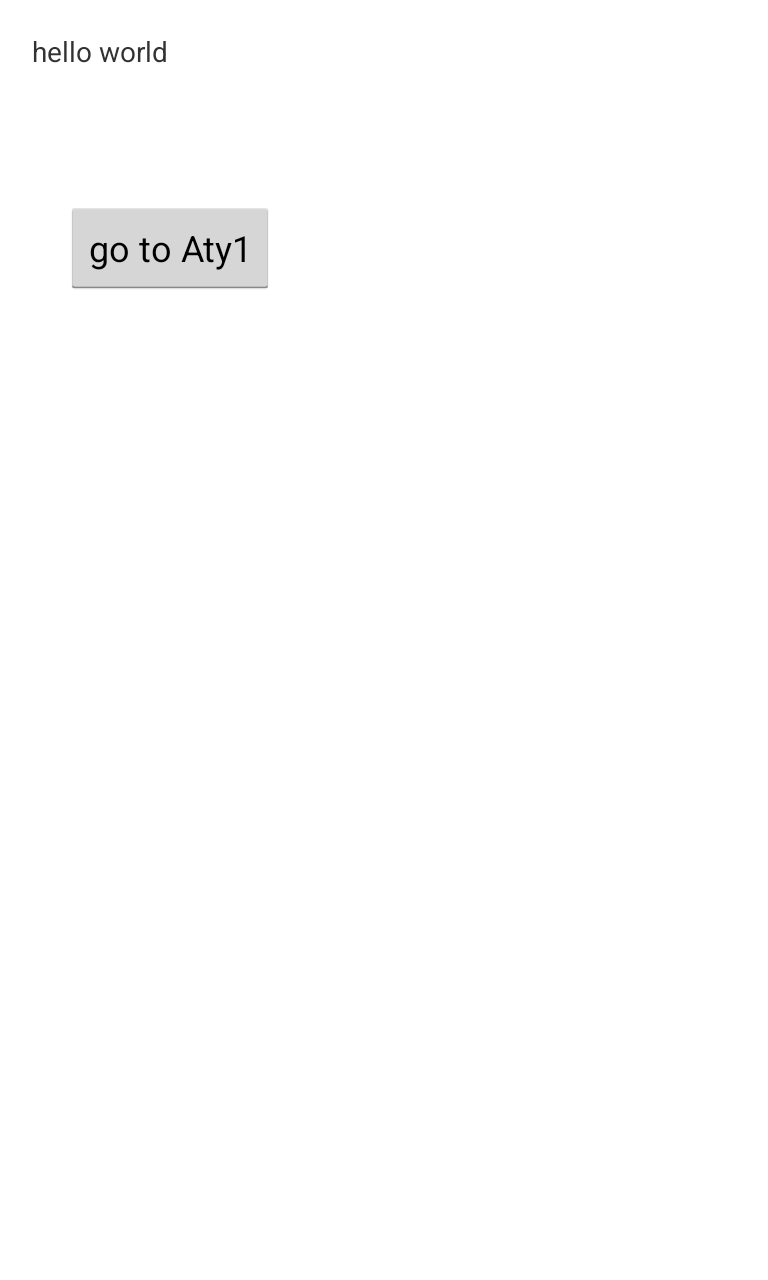
Repository: avenosu/android-coding-practice
Layout: Z001Activity/res/layout/activity_main.xml
These files come from the project's save history. The layout is drawn as it stood at one moment and after the next save; the edit follows.
It is drawn on a 768 x 1280 px phone screen (xhdpi) without system bars, with theme AppTheme; the app's code is not run.

Above is the layout before, as saved 2015-03-24 11:46:24.

### Z001Activity/res/layout/activity_main.xml
<RelativeLayout xmlns:android="http://schemas.android.com/apk/res/android"
    xmlns:tools="http://schemas.android.com/tools"
    android:layout_width="match_parent"
    android:layout_height="match_parent"
    android:paddingBottom="@dimen/activity_vertical_margin"
    android:paddingLeft="@dimen/activity_horizontal_margin"
    android:paddingRight="@dimen/activity_horizontal_margin"
    android:paddingTop="@dimen/activity_vertical_margin"
    tools:context="com.zzz.Z001Activity.MainActivity" >


    <TextView
        android:id="@+id/mainactivity_textView1"
        android:layout_width="wrap_content"
        android:layout_height="wrap_content"
        android:text="hello world" />


    <Button
        android:id="@+id/mainactivity_button1_gotoaty1"
        android:layout_width="wrap_content"
        android:layout_height="wrap_content"
        android:layout_alignParentLeft="true"
        android:layout_alignParentTop="true"
        android:layout_marginLeft="16dp"
        android:layout_marginTop="84dp"
        android:text="go to Aty1" />



</RelativeLayout>

Loaded but not shown: Z001Activity/res/values/styles.xml (common file); Z001Activity/res/values-v11/styles.xml (common file); Z001Activity/res/values-v14/styles.xml (common file); Z001Activity/res/values/dimens.xml (common file); Z001Activity/res/values-w820dp/dimens.xml (common file)

After the next save:
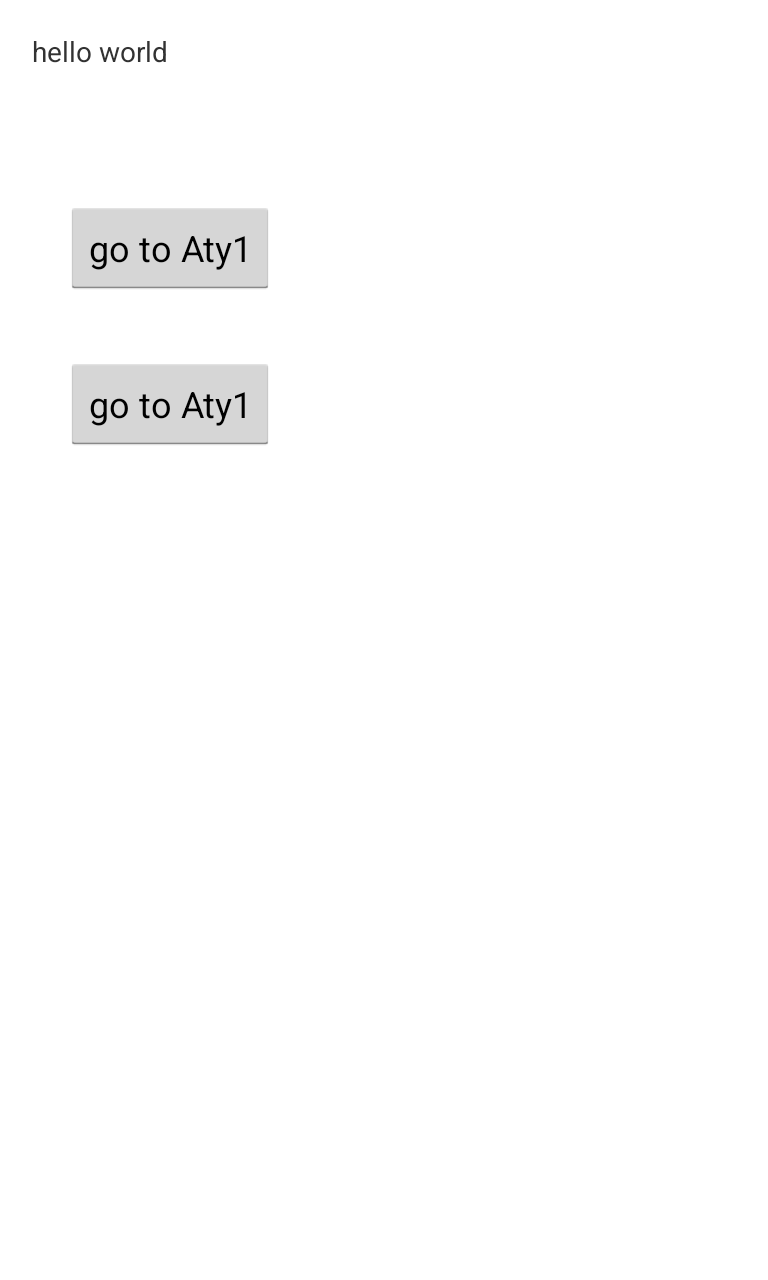
Saved 5 min 11 s later.
--- a/Z001Activity/res/layout/activity_main.xml
+++ b/Z001Activity/res/layout/activity_main.xml
@@ -26,6 +26,14 @@
         android:layout_marginTop="84dp"
         android:text="go to Aty1" />
 
-
+    <Button
+        android:id="@+id/mainactivity_button2_gotoaty1"
+        android:layout_width="wrap_content"
+        android:layout_height="wrap_content"
+        android:layout_alignLeft="@+id/mainactivity_button1_gotoaty1"
+        android:layout_alignRight="@+id/mainactivity_button1_gotoaty1"
+        android:layout_below="@+id/mainactivity_button1_gotoaty1"
+        android:layout_marginTop="30dp"
+        android:text="go to Aty1" />
 
 </RelativeLayout>
